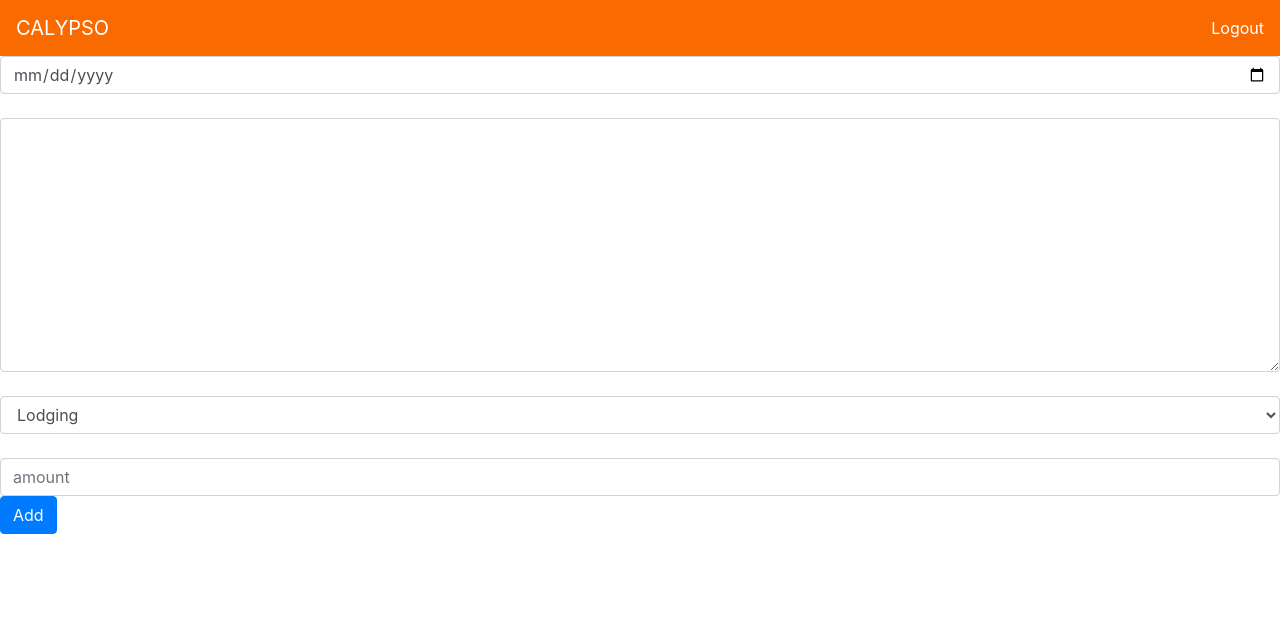
Repository: mileslacue/Project1
Page: Minimal Viable Product/Project1/ERS/src/main/webapp/partials/createReimbursement.html
These files come from the project's save history. The page is drawn as it stood at one moment and after the next save; the edit follows.
The browser window is 1280 px wide. The pictures show the whole page.
Some web libraries are served in a nearby version.

Above is the page before, as saved 2018-11-07 14:33:45.

### Minimal Viable Product/Project1/ERS/src/main/webapp/partials/createReimbursement.html
<!DOCTYPE html>
<html lang="en">

<head>
<meta charset="UTF-8">
<meta name="viewport" content="width=device-width, initial-scale=1.0">
<meta http-equiv="X-UA-Compatible" content="ie=edge">
<link rel="stylesheet" href="https://stackpath.bootstrapcdn.com/bootstrap/4.1.3/css/bootstrap.min.css" integrity="sha384-MCw98/SFnGE8fJT3GXwEOngsV7Zt27NXFoaoApmYm81iuXoPkFOJwJ8ERdknLPMO" crossorigin="anonymous">

<style>
nav {
	background-color: #F96A00;
}
</style>

</head>
<body>

	<nav class="navbar navbar-light">
		<a class="navbar-brand" href="#" style="color: white;"> CALYPSO </a> <a
			href="#" id="logout" style="color: white;">Logout</a>
	</nav>

	<input class="form-control" type="date" id="date" placeholder="">
	<br>
	<textarea class="form-control" name="description" id="description" cols="30" rows="10"></textarea>
	<br>
	<select class="form-control" name="type" id="type">
		<option value="Lodging">Lodging</option>
		<option value="Travel">Travel</option>
		<option value="Food">Food</option>
		<option value="Other">Other</option>
	</select>
	<br>
	<input class="form-control" type="number" placeholder="amount" id="amount">
	<button class="btn btn-primary" type="submit" id="add">Add</button>

	<script src="https://code.jquery.com/jquery-3.3.1.slim.min.js"
		integrity="sha384-q8i/X+965DzO0rT7abK41JStQIAqVgRVzpbzo5smXKp4YfRvH+8abtTE1Pi6jizo"
		crossorigin="anonymous"></script>
	<script
		src="https://cdnjs.cloudflare.com/ajax/libs/popper.js/1.14.3/umd/popper.min.js"
		integrity="sha384-ZMP7rVo3mIykV+2+9J3UJ46jBk0WLaUAdn689aCwoqbBJiSnjAK/l8WvCWPIPm49"
		crossorigin="anonymous"></script>
	<script
		src="https://stackpath.bootstrapcdn.com/bootstrap/4.1.3/js/bootstrap.min.js"
		integrity="sha384-ChfqqxuZUCnJSK3+MXmPNIyE6ZbWh2IMqE241rYiqJxyMiZ6OW/JmZQ5stwEULTy"
		crossorigin="anonymous"></script>
	<script type="text/javascript" charset="utf8" src="https://cdn.datatables.net/1.10.19/js/jquery.dataTables.js"></script>
</body>
</html>

After the next save:
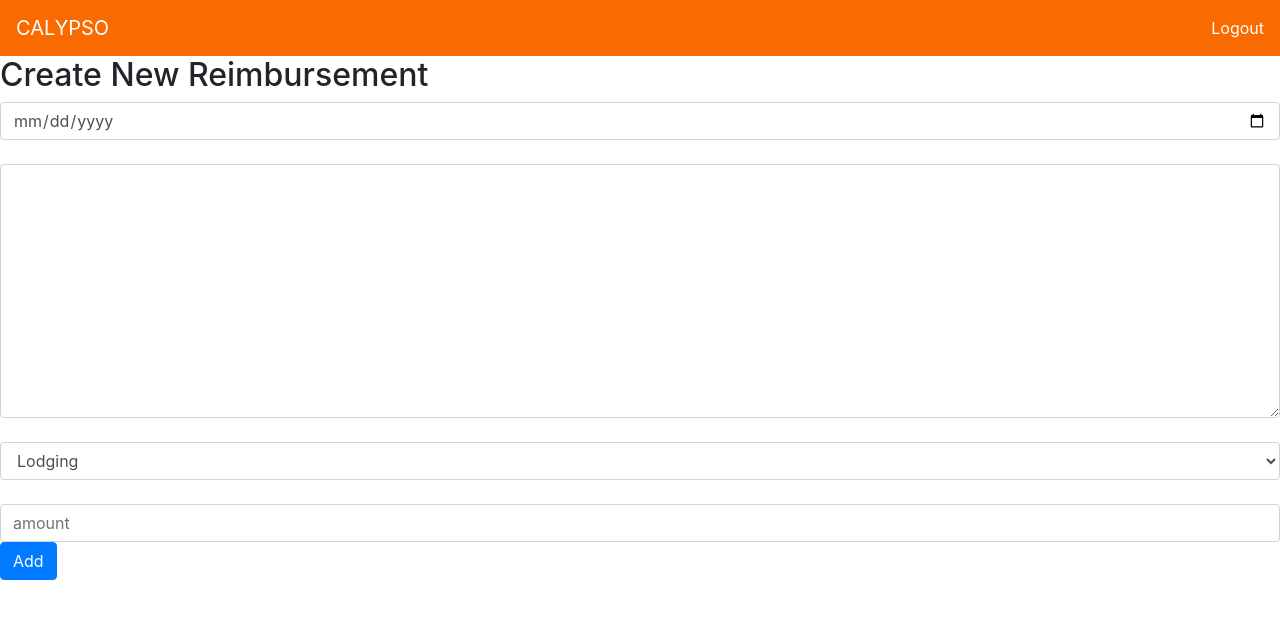
Saved 59 s later.
--- a/Minimal Viable Product/Project1/ERS/src/main/webapp/partials/createReimbursement.html
+++ b/Minimal Viable Product/Project1/ERS/src/main/webapp/partials/createReimbursement.html
@@ -20,7 +20,7 @@ nav {
 		<a class="navbar-brand" href="#" style="color: white;"> CALYPSO </a> <a
 			href="#" id="logout" style="color: white;">Logout</a>
 	</nav>
-
+	<h2>Create New Reimbursement</h2>
 	<input class="form-control" type="date" id="date" placeholder="">
 	<br>
 	<textarea class="form-control" name="description" id="description" cols="30" rows="10"></textarea>
